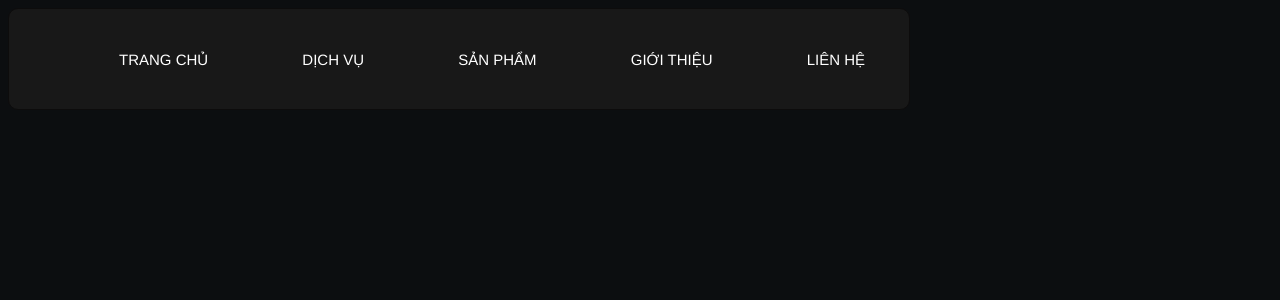
Repository: andytrn0/ElectronJS
Page: GUI/index.html
An editor plug-in stored every save of this project. The page is shown before and after the next save, followed by the edit.
The browser window is 1280 px wide. The pictures show the whole page.

Above is the page before, as saved 2024-10-15 14:05:04.

After the next save:
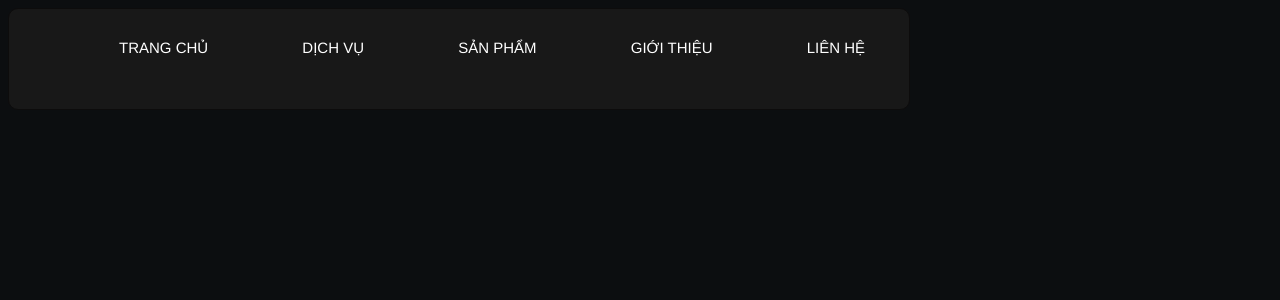
Saved 12 s later.
--- a/CSS/index.css
+++ b/CSS/index.css
@@ -16,7 +16,7 @@
 }
 #menu ul
 {
-  margin-top:  42px;
+  margin-top:  30px;
 }
 #menu ul li
 {
